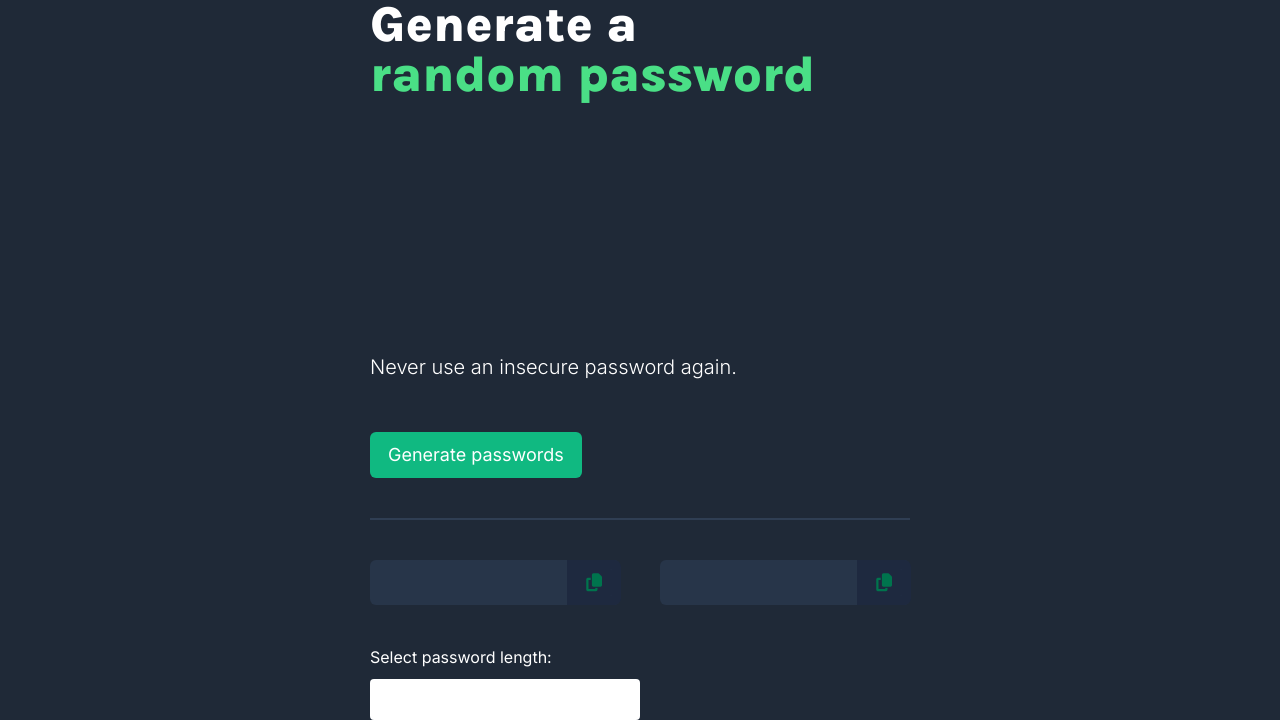
Repository: Ryan-Zayne/RANDOM-PASSWORD-GENERATOR
Page: index.html
An editor plug-in stored every save of this project. The page is shown before and after the next save, followed by the edit.
The browser window is 1280 px wide. The pictures show the whole page.
Some web libraries are served in a nearby version.

Above is the page before, as saved 2022-09-25 14:21:25.

After the next save:
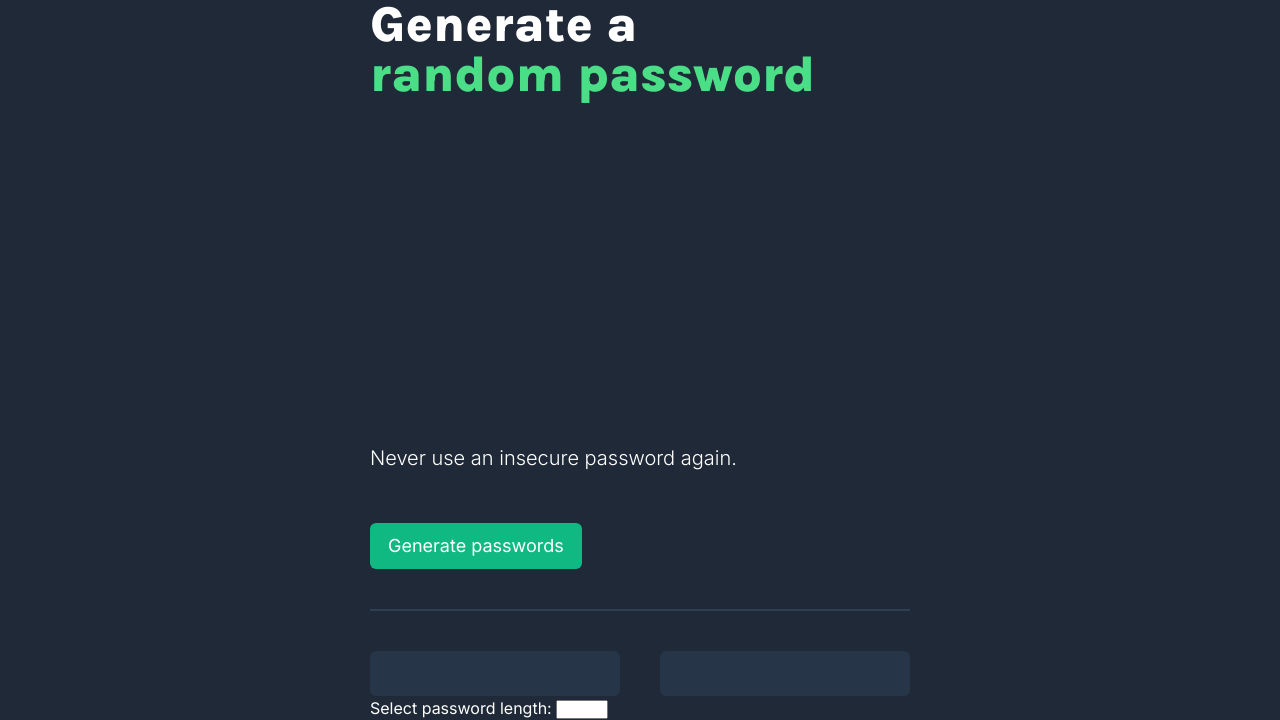
Saved 3 min 50 s later.
--- a/styles.css
+++ b/styles.css
@@ -97,8 +97,7 @@ hr{
     width: 25rem;
     height: 4.5rem;
     background-color: #273549;
-    position: relative; hello;
-}
+    position: relative;
 
 /* [id ^="password-el"]::after{
     content: attr(data-text);
